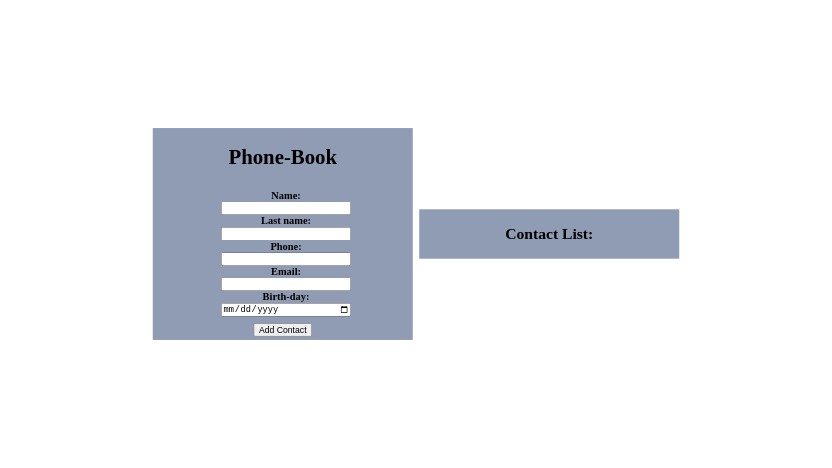
Repository: STA1357/Phone-book
Page: Inner.html
An editor plug-in stored every save of this project. The page is shown before and after the next save, followed by the edit.
The browser window is 1280 px wide. The pictures show the whole page, at 65% of full size.

Above is the page before, as saved 2020-12-10 11:34:13.

### Inner.html
<!DOCTYPE html>
<html lang="en">
<head>
    <meta charset="UTF-8">
    <meta name="viewport" content="width=device-width, initial-scale=1.0">
    <title>Phone Book</title>
    <link rel="stylesheet" href="./styles.css">
    <script src="./app.js"></script>
</head>
<body>
    <form action="#" method="POST">

        <header>
            <div class="header-title">
                <h1>Phone-Book</h1>
            </div>
        </header>

        <main>
            <div class="container">
                <label for="name">Name:</label>
                <input type="text" id="nameInput">
                <label for="lname">Last name:</label>
                <input type="text" id="lnameInput">
                <label for="tel">Phone:</label>
                <input type="text" id="telInput" class="tellinput">
                <label for="email">Email:</label>
                <input type="email" id="emailInput">
                <label for="birthname">Birth-day:</label>
                <input type="date" id="birthInput">
            </div>

        </main>

        <div class="btn">
        <button type="submit" id="btnAdd">Add Contact</button>
    </div>
    </form>
<div class="list-container">
    <h2>Contact List:</h2>
    <ul id="users"></ul>
</div>
</body>
</html>

### styles.css
*{
    box-sizing: border-box;
}

body{
    display: flex;
    flex-direction: row;
    align-items: center;
    justify-content: center;
    min-height: 100vh;
    margin: 0;
}

form{

    background-color: rgb(144, 156, 179);
    width: 400px;
    max-width: 100%;
    margin-right: 10px;
    text-align: center;
}

main{
    margin-left: 25%;
}

.container{
    text-align: center;
    display: block;
    width: 70%;

}

.list-container{
    background-color: rgb(144, 156, 179);
    width: 400px;
    max-width: 100%;
    page-break-after: 30px 40px;

}

h2{
    text-align: center;
}

label{
    font-weight: bold;
}

input{
    width: 100%;
}











.selected{
    background-color: skyblue;
    color: black;
    text-shadow: 0.5px 0.5px grey;
}

.deleteBtn::before{
    color: brown;
    content: "delete";
}

div{
    padding: 5px;
}

li{
    font-weight: bold;
    font-style: italic;
}

### app.js
window.onload = function() {
    const localKey = 'contactsCollection';
    const form = document.querySelector('form');
    const list = document.getElementById('users');
    const userName = document.getElementById('nameInput');
    const userLname = document.getElementById('lnameInput');
    const userTel = document.getElementById('telInput');
    const userEmail = document.getElementById('emailInput');
    const userBirth = document.getElementById('birthInput');

    let contactsList = getContacts();
    let activeContact = null;

    generateContactList();

    function getContacts() {
        const res = localStorage.getItem(localKey);
        return res ? JSON.parse(res) : [];
    }

    function setToStorage(data) {
        localStorage.setItem(localKey, data);
    }

    function updateContactList(newList) {
        const string = JSON.stringify(newList);
        contactsList = newList;
        setToStorage(string);
        generateContactList();
    }

    function recordContact(newContact) {
        updateContactList([...contactsList, newContact])
    }

    function updateContact(newData) {
        contactsList = contactsList.map(contact => contact.id === newData.id ? newData : contact);
        updateContactList(contactsList);
    }

    function deleteContact(removeId) {
        contactsList = contactsList.filter(({ id }) => id !== removeId);
        updateContactList(contactsList);
    }

    function setActiveContact(id) {
        const contact = document.getElementById(`contact-${id}`);
        contact.classList.toggle('active');
    }

    function generateContactList() {
        console.log(contactsList);
        const fragment = document.createDocumentFragment();
        contactsList.forEach((contact) => {
            const { id, name, lastName, phone, mail, birthDay } = contact;
            const container = document.createElement('div');
            container.onclick = () => setActiveContact(id);
            container.id = `contact-${id}`;
            const title = document.createElement('li');
            title.innerText = `${name} ${lastName}`;

            const infoList = document.createElement('b');
            infoList.innerText = phone + ' - ' + mail + ' - ' + birthDay;
            // phonesList.innerText = phones.join(' ');
            container.appendChild(title);
            container.appendChild(infoList);
            fragment.appendChild(container);

            const deleteBtn = document.createElement('button');
            deleteBtn.className = 'deleteBtn'
            fragment.appendChild(deleteBtn);
            deleteBtn.addEventListener('mousedown', function (e) {
                e.preventDefault();
            })

            deleteBtn.addEventListener('click', function (e) {
                console.log(e);
                deleteContact();
            })

            //const btn = document.createElement('button');
            //btn.onclick = () => !deleteContact(removeId);
            //btn.appendChild(container)


            container.addEventListener('mousedown', function (e) {
                e.preventDefault();
            })

            container.addEventListener('click', function (e) {
                console.log(e);


                if (e.target == this) {
                    return false;

                }
                if (!e.ctrlKey) {
                    clearSelected(this.children);
                }
                addSelected(e.target);
            })

            function clearSelected(elems) {
                for (let elem of elems) {
                    elem.classList.remove('selected');
                }
            }

            function addSelected(target) {
                target.classList.add('selected');
            }
        });


        list.innerHTML = '';
        list.appendChild(fragment);


    }

    function getId() {
        return '_' + Math.random().toString(36).substr(2, 9);
    };

    form.onsubmit = (event) => {
        event.preventDefault();
        const contact = {
            id: getId(),
            name: userName.value,
            lastName: userLname.value,
            phone: userTel.value,
            mail: userEmail.value,
            birthDay: userBirth.value
        }
        recordContact(contact);
        console.log(contact);
    }
}

// const form = document.querySelector('form')
// const list = document.getElementById('users')
// const userName = document.getElementById('nameInput')
// const userLname = document.getElementById('lnameInput')
// const userTel = document.getElementById('telInput')
// const userEmail = document.getElementById('emailInput')
// const userBirth = document.getElementById('birthInput')
// const entry = document.createElement('li')


// function addUser() {
//     const list = document.getElementById('users')
//     const userName = document.getElementById('nameInput')
//     const userLname = document.getElementById('lnameInput')
//     const userTel = document.getElementById('telInput')
//     const userEmail = document.getElementById('emailInput')
//     const userBirth = document.getElementById('birthInput')
//     const entry = document.createElement('li')
//     entry.appendChild(document.createTextNode(userName.value + ' ' + userLname.value + ' '
//     + userTel.value + ' ' + userEmail.value + ' ' + userBirth.value))
//     list.appendChild(entry)
//     return false

// }

// let bookContacts = [];

// const addContacts = (ev) => {
//     ev.preventDefault();
//     let contact = {
//         name: document.getElementById('nameInput').value,
//         lname: userLname.value,
//         tel: userTel.value,
//         email: userEmail.value,
//         birthday: userBirth.value
//     }
//     bookContacts.push(contact);
//     document.forms[0].reset();
// }
// document.addEventListener('DomContentLoad', () =>{
//     document.getElementById('btnAdd').addEventListener('click',addContacts)
// })
// console.log(bookContacts);




/*class Person{
    constructor(options){
        this.name = options.name
        this.lname = options.lname
        this.tel = options.tel
        this.email = options.email
        this.birthday = options.birthday
    }
}

class User extends Person{
    static type = "User"
}

const user = new User({
    name: "",
    lname: "",
    tel: "",
    email:"",
    birthday:""
})


localStorage.setItem('userInfo', JSON.stringify(user));




const raw = localStorage.getItem('userInfo')
const userInfo = JSON.parse(raw)
userInfo.name = 'Maxim'

console.log(userInfo);*/

After the next save:
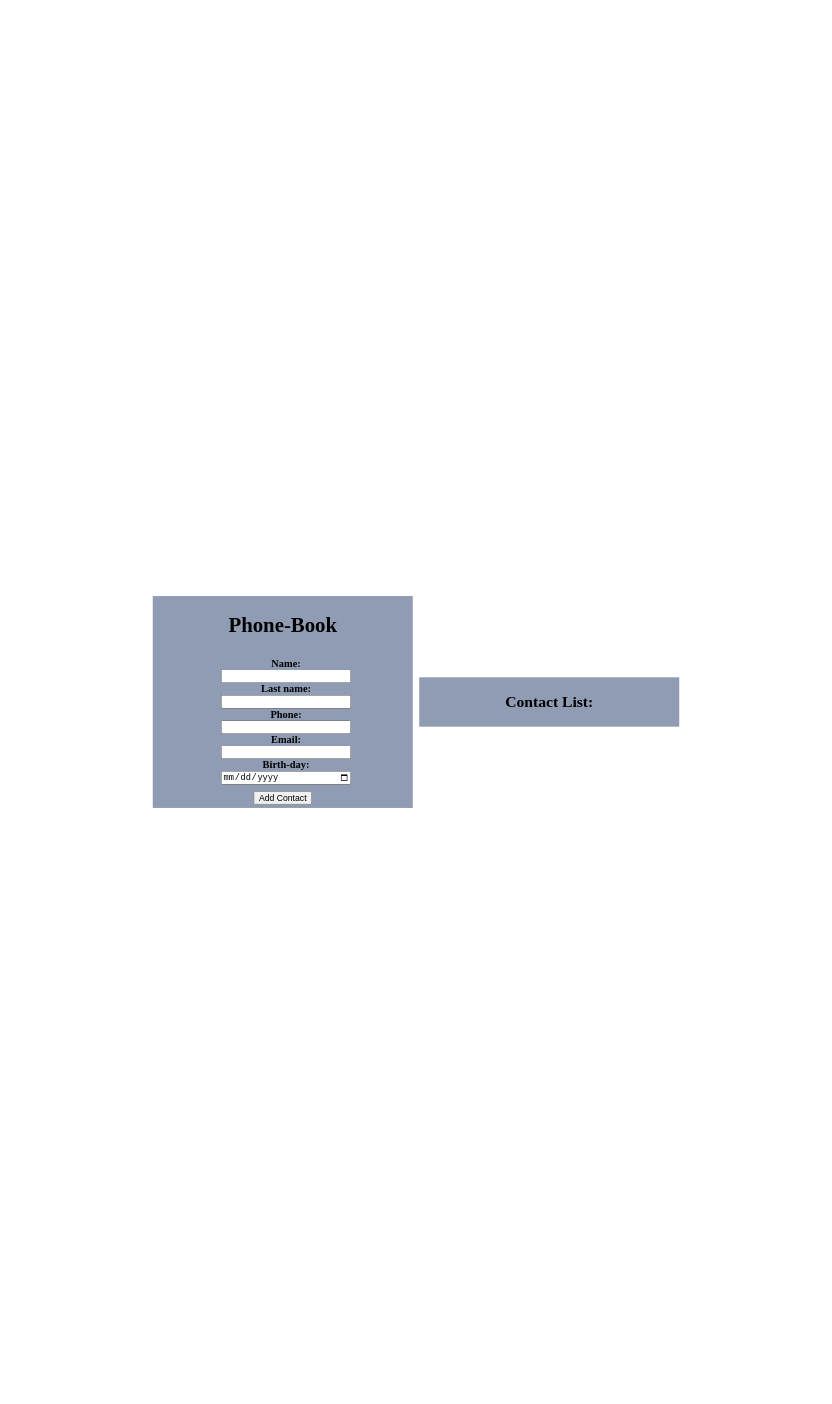
Saved 49 s later.
--- a/styles.css
+++ b/styles.css
@@ -7,7 +7,7 @@ body{
     flex-direction: row;
     align-items: center;
     justify-content: center;
-    min-height: 100vh;
+    min-height: 300vh;
     margin: 0;
 }
 

After the save that followed:
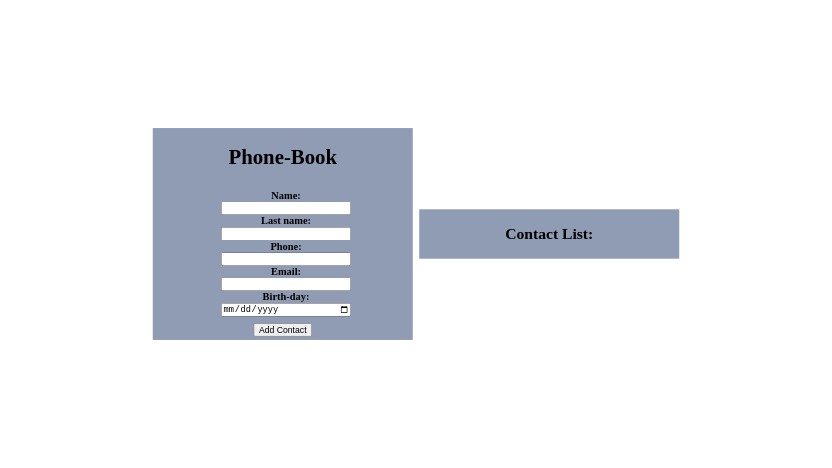
Saved 17 s later.
--- a/styles.css
+++ b/styles.css
@@ -7,7 +7,7 @@ body{
     flex-direction: row;
     align-items: center;
     justify-content: center;
-    min-height: 300vh;
+    min-height: 100vh;
     margin: 0;
 }
 
